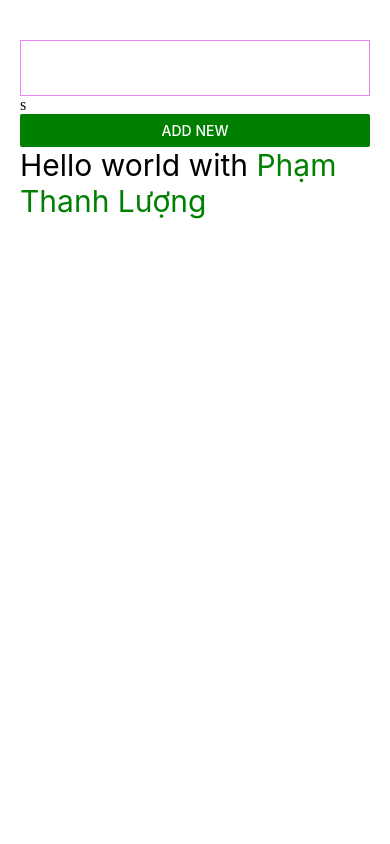
Repository: LuongPTCE181311/React-Native-Ultimate
Screen: /
These files come from the project's save history. The screen is drawn as it stood at one moment and after the next save; the edit follows.
The app was drawn by React Native's web renderer in a window 390 px wide. The project was rebuilt for these pictures with package versions that can differ from the ones it lists, and the page was loaded fresh each time. Some packages were replaced by stand-ins written for this rebuild.

Above is the screen before, as saved 2026-06-14 16:29:21.

### App.tsx
import { StatusBar } from 'expo-status-bar';
import { useState } from 'react';
import { Button, StyleSheet, Text, TextInput, View } from 'react-native';



export default function App() {

  const [name, setName] = useState<string>("");

  const [person, setPerson] = useState<{
    name: string;
    age: number;
  }>({
    name: "hoi dan it",
    age: 32
  })
  return (
    <View style={styles.container}>
      <View>
        <TextInput
         keyboardType='ascii-capable'
         multiline={true}
         onChangeText={value => setName(value)}
         value={name}
         style={styles.borderInput}/>
        <Text style={styles.text} >{name}</Text>s
      </View>

      <Button title='Add new' color={"green"}/>

      <Text style={styles.text2}>Hello world with
        <Text style={styles.greenColor}> Phạm Thanh Lượng</Text>
      </Text>
    </View>
  );
}

const styles = StyleSheet.create({
  greenColor: {
    color: "green"
  },
  text: {
    fontSize: 30,
    color: "red"
  },
  text2: {
    fontSize: 30
  },
  container: {
    flex: 1,
    backgroundColor: '#fff',
    // alignItems: 'center',
    // justifyContent: 'center'
    paddingHorizontal: 20,
    paddingTop: 40,
  },
  borderInput: {
    borderColor: "violet",
    borderWidth: 1,
    padding: 10
  }
});

Loaded but not shown: index.ts (common file)

After the next save:
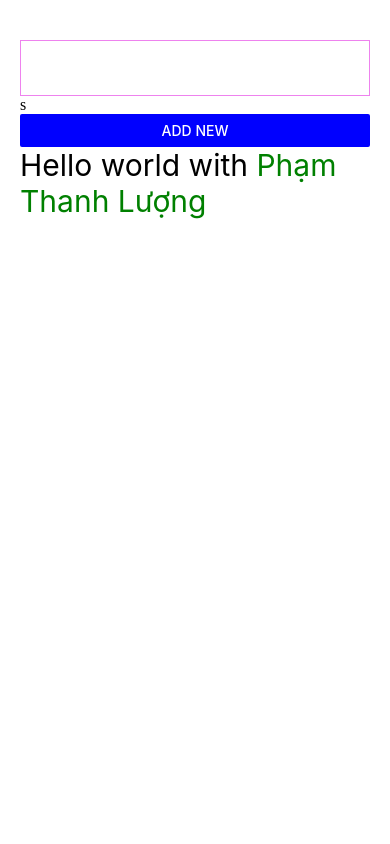
Saved 57 s later.
--- a/App.tsx
+++ b/App.tsx
@@ -27,7 +27,7 @@ export default function App() {
         <Text style={styles.text} >{name}</Text>s
       </View>
 
-      <Button title='Add new' color={"green"}/>
+      <Button title='Add new' color={"blue"}/>
 
       <Text style={styles.text2}>Hello world with
         <Text style={styles.greenColor}> Phạm Thanh Lượng</Text>
